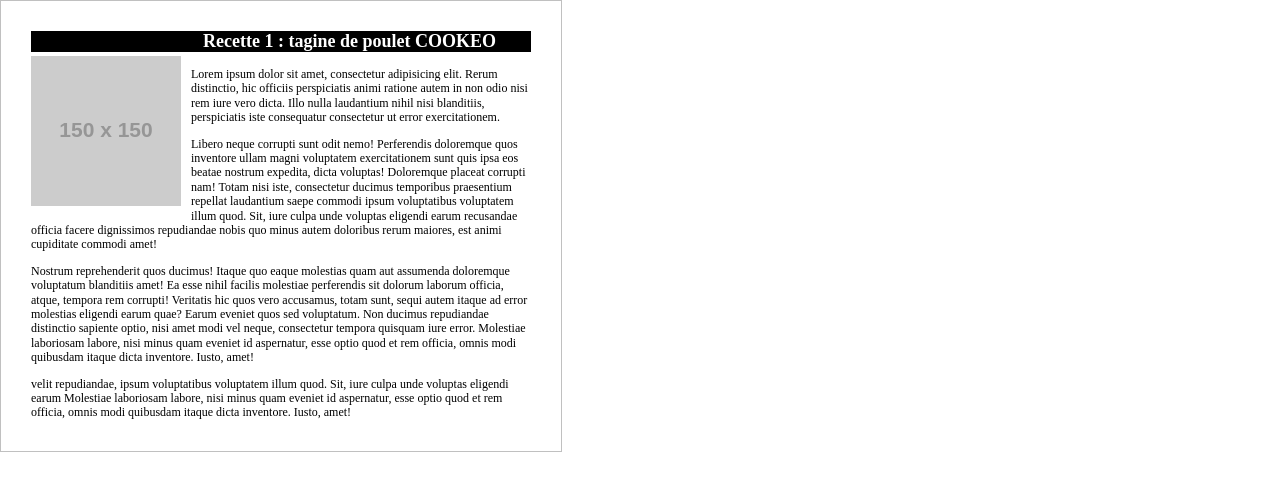
Repository: Luc010/Exercices
Page: HTML CSS/cours/float4.html
The author's editor kept a copy of each file at every save. The page is drawn from the files as they stood at one save, then again after the next save.
The browser window is 1280 px wide. The pictures show the whole page.

Above is the page before, as saved 2019-09-05 11:52:53.

### HTML CSS/cours/float4.html
<!DOCTYPE html>
<html lang="fr">
<head>
    <meta charset="UTF-8">
    <title>Document</title>
    <style>
        body {
            margin: 0;
            font-family: corbel;
            font-size: 12px;

        }
        .col2 {
            width: 560px;
            min-height: 450px;
            background-color: white;
            overflow: hidden;
            border: 1px solid silver;

        }
        article h1 {
            background-color: black;
            color: white;
            text-indent: 12px;

        }
        article {
            margin: 30px;

        }
        p {
            margin-bottom: 0;
            line-height: 120%;
        }
    </style>
</head>
<body>
    <div class="col2">
        <article>
            <img src="https://via.placeholder.com/150" style="float: left;padding: 25px 10px 10px 0">
            <h1>Recette 1 : tagine de poulet COOKEO</h1>
            <!-- <img  src="https://via.placeholder.com/140x180" alt=""> -->
            <p>Lorem ipsum dolor sit amet, consectetur adipisicing elit. Rerum distinctio, hic officiis perspiciatis
                animi ratione autem in non odio nisi rem iure vero dicta. Illo nulla laudantium nihil nisi blanditiis,
                perspiciatis iste consequatur consectetur ut error exercitationem. </p>

            <p>Libero neque corrupti sunt odit nemo! Perferendis doloremque quos inventore ullam magni voluptatem
                exercitationem sunt quis ipsa eos beatae nostrum expedita, dicta voluptas! Doloremque placeat corrupti
                nam! Totam nisi iste, consectetur ducimus temporibus praesentium repellat laudantium saepe commodi ipsum
                voluptatibus voluptatem illum quod. Sit, iure culpa unde voluptas eligendi earum recusandae officia
                facere dignissimos repudiandae nobis quo minus autem doloribus rerum maiores, est animi cupiditate
                commodi amet! </p>

            <p>Nostrum reprehenderit quos ducimus! Itaque quo eaque molestias quam aut assumenda doloremque voluptatum
                blanditiis amet! Ea esse nihil facilis molestiae perferendis sit dolorum laborum officia, atque, tempora
                rem corrupti! Veritatis hic quos vero accusamus, totam sunt, sequi autem itaque ad error molestias
                eligendi earum quae? Earum eveniet quos sed voluptatum. Non ducimus repudiandae distinctio sapiente
                optio, nisi amet modi vel neque, consectetur tempora quisquam iure error. Molestiae laboriosam labore,
                nisi minus quam eveniet id aspernatur, esse optio quod et rem officia, omnis modi quibusdam itaque dicta
                inventore. Iusto, amet!</p>

            <p>velit repudiandae, ipsum voluptatibus voluptatem illum quod. Sit, iure culpa unde voluptas eligendi earum
                Molestiae laboriosam labore, nisi minus quam eveniet id aspernatur, esse optio quod et rem officia,
                omnis modi quibusdam itaque dicta inventore. Iusto, amet!</p>

        </article>
    </div>
</body>
</html>

After the next save:
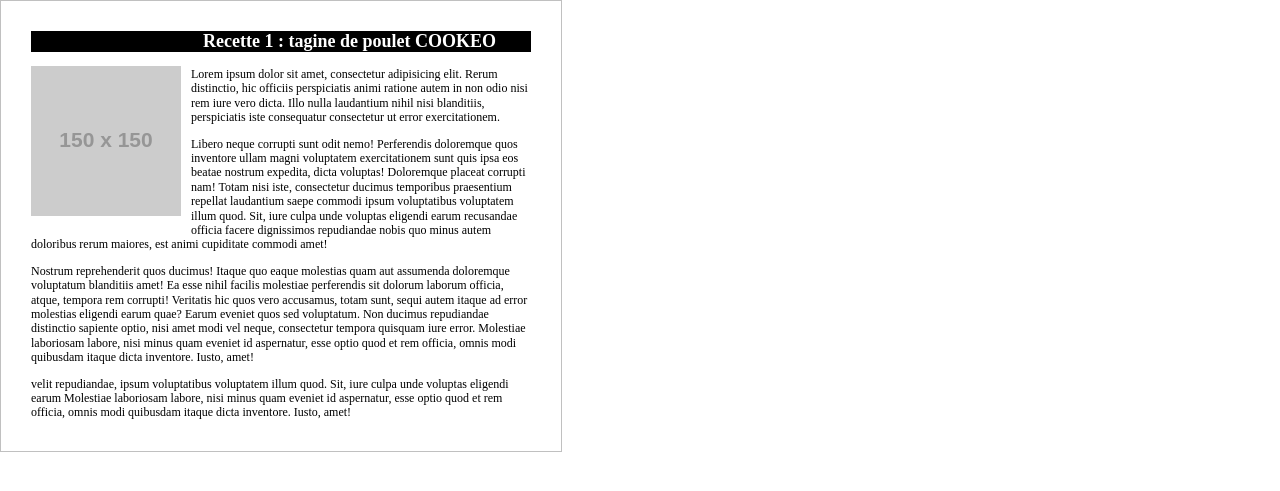
Saved 11 s later.
--- a/HTML CSS/cours/float4.html
+++ b/HTML CSS/cours/float4.html
@@ -37,7 +37,7 @@
 <body>
     <div class="col2">
         <article>
-            <img src="https://via.placeholder.com/150" style="float: left;padding: 25px 10px 10px 0">
+            <img src="https://via.placeholder.com/150" style="float: left;padding: 35px 10px 10px 0">
             <h1>Recette 1 : tagine de poulet COOKEO</h1>
             <!-- <img  src="https://via.placeholder.com/140x180" alt=""> -->
             <p>Lorem ipsum dolor sit amet, consectetur adipisicing elit. Rerum distinctio, hic officiis perspiciatis
